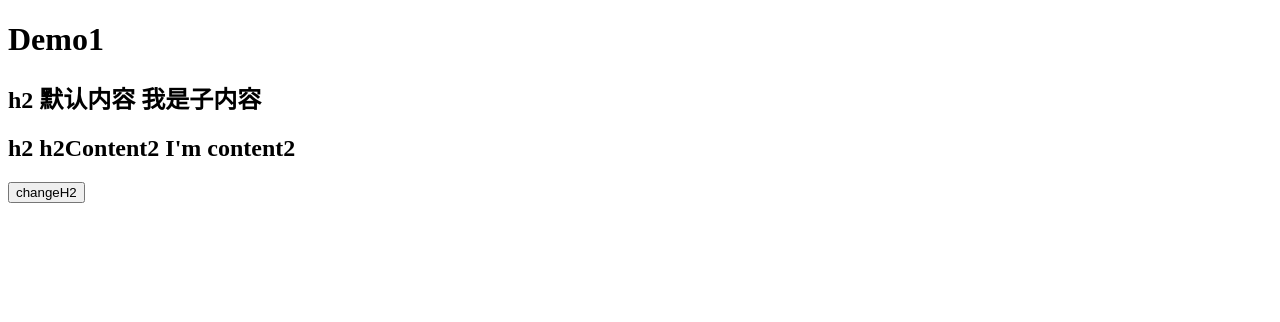
Repository: SlimShadyBaby/study-vue
Page: code/003-JavaScript/demo1.html
The author's editor kept a copy of each file at every save. The page is drawn from the files as they stood at one save, then again after the next save.
The browser window is 1280 px wide. The pictures show the whole page.

Above is the page before, as saved 2021-09-07 19:57:42.

### code/003-JavaScript/demo1.html
<!DOCTYPE html>
<html lang="en">
<head>
    <meta charset="UTF-8">
    <meta http-equiv="X-UA-Compatible" content="IE=edge">
    <meta name="viewport" content="width=device-width, initial-scale=1.0">
    <title>Document</title>

    <script type="text/javascript">
        function changeH2() {
            document.getElementById("h2Content").innerHTML="<span style='color:yellow;'>h1</span>改变后的内容";
            document.getElementById("h2Content2").innerText="<span style='color;yellow;'>h1</span>changed";
        }

        function changeH3() {
            document.getElementById("h3Content").style.color="blue";
            document.getElementById("h3Content3").style.frontSize="30px";
        }
    </script>
</head>
<body>
    <h1>Demo1</h1>
    <h2 id="h2Content">
        h2 默认内容
        <span>我是子内容</span>
    </h2>
    <h2 id="h2Content2">
        h2 h2Content2
        <span>I'm content2</span>
    </h2>
    <input type="button" value="changeH2" onclick="changeH2();">
</body>
</html>

After the next save:
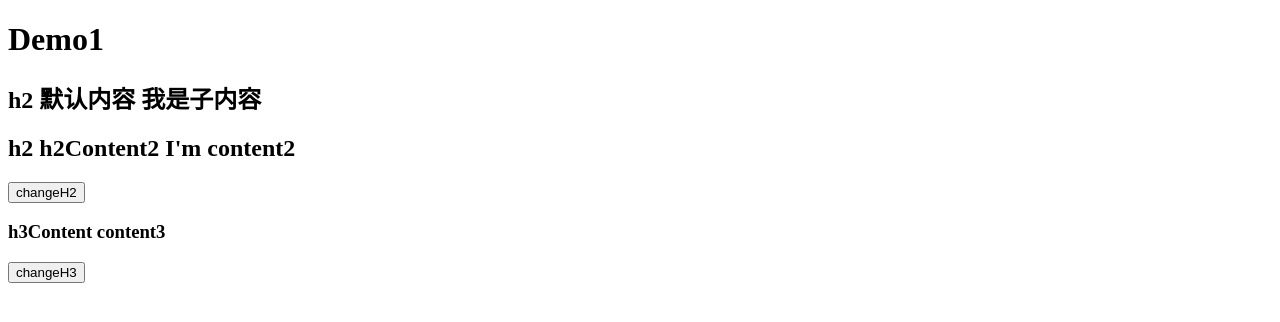
Saved 10 min 29 s later.
--- a/code/003-JavaScript/demo1.html
+++ b/code/003-JavaScript/demo1.html
@@ -14,7 +14,7 @@
 
         function changeH3() {
             document.getElementById("h3Content").style.color="blue";
-            document.getElementById("h3Content3").style.frontSize="30px";
+            document.getElementById("h3Content").style.frontSize="30px";
         }
     </script>
 </head>
@@ -29,5 +29,11 @@
         <span>I'm content2</span>
     </h2>
     <input type="button" value="changeH2" onclick="changeH2();">
+
+    <h3 id="h3Content">
+        h3Content
+        <span>content3</span>
+    </h3>
+    <input type="button" value="changeH3" onclick="changeH3();">
 </body>
 </html>
